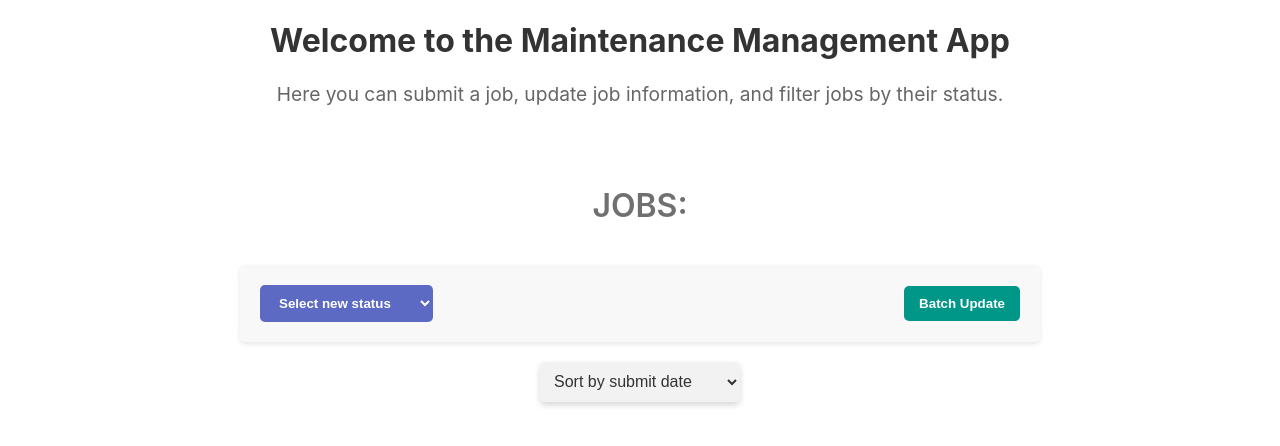
Repository: mikasteyn999/Maintenance-Manager-App
Page: /jobs (app in frontend/)
An editor plug-in stored every save of this project. The page is shown before and after the next save, followed by the edit.
The browser window is 1280 px wide. The pictures show the whole page.
The page's requests for data from a server got no answer. The project was rebuilt for these pictures with package versions that can differ from the ones it lists, and the page was loaded fresh each time. No one was signed in, and anything a server would have sent is missing. Also part of the build but not shown: frontend/src/style/JobForm.css, frontend/src/components/JobForm.js, frontend/src/style/Job.css, frontend/src/components/Job.js, frontend/src/components/Home.js, frontend/src/style/JobUpdateForm.css, frontend/src/components/JobUpdateForm.js.

Above is the page before, as saved 2023-06-01 12:36:05.

After the next save:
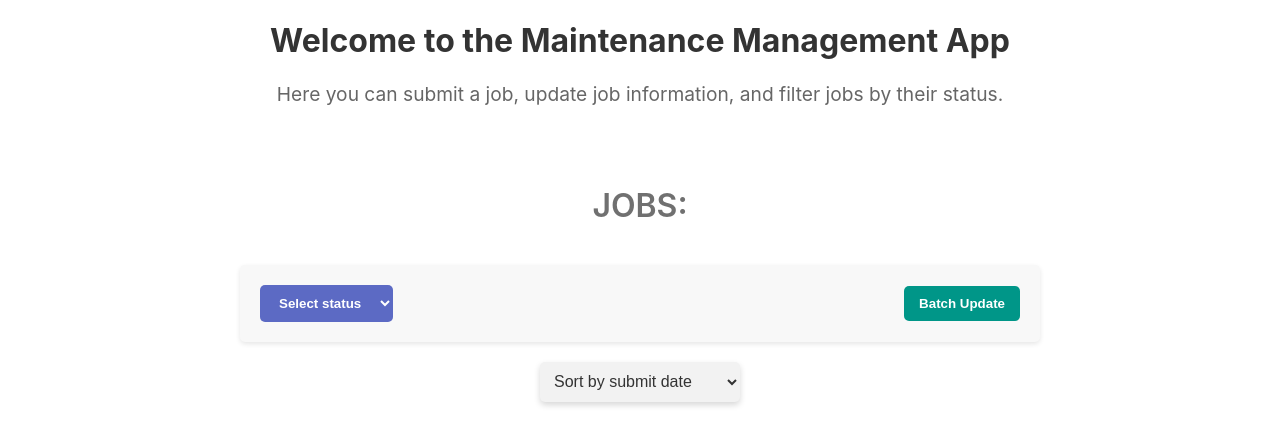
Saved 4 min 55 s later.
--- a/frontend/src/components/JobsList.js
+++ b/frontend/src/components/JobsList.js
@@ -63,10 +63,10 @@ const JobsList = () => {
         {/* Batch update */}
         <div className='batch-update'>
           <select id="batchStatusUpdate" name="batchStatusUpdate">
-            <option value="">Select new status</option>
-            <option value="status1">Status: Submitted</option>
-            <option value="status2">Status: In Progress</option>
-            <option value="status2">Status: Completed</option>
+            <option value="">Select status</option>
+            <option value="status1">Submitted</option>
+            <option value="status2">In Progress</option>
+            <option value="status2">Completed</option>
           </select>
           <button onClick={handleBatchUpdate}>Batch Update</button>
         </div>
